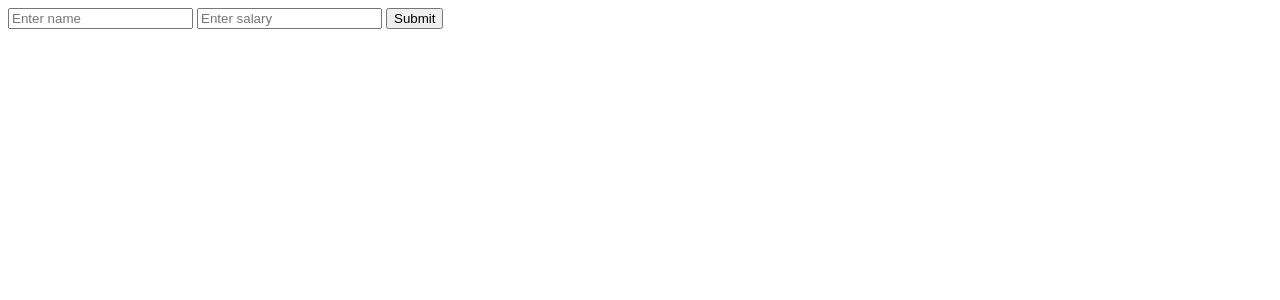
Repository: dhileepankruschev/spring-training
Page: http://localhost/Member/list.jsp
These files come from the project's save history. The page is drawn as it stood at one moment and after the next save; the edit follows.
The browser window is 1280 px wide. The pictures show the whole page.
The page is served by Tomcat 9. Nobody is signed in. The application's start-up code is not run.

Above is the page before, as saved 2016-06-27 05:44:24.

After the next save:
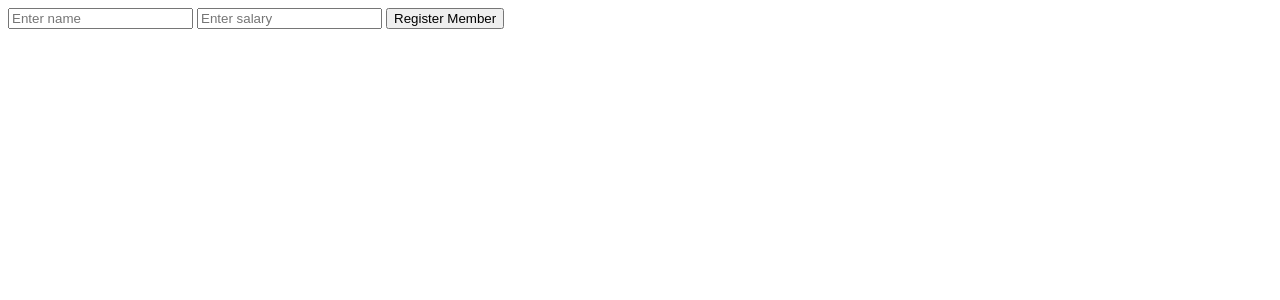
Saved 12 s later.
--- a/Member/src/main/webapp/list.jsp
+++ b/Member/src/main/webapp/list.jsp
@@ -12,7 +12,7 @@
 <form method="POST" action="member/add">
 <input type=text name="name" placeholder="Enter name"/>
 <input type=text name="salary" placeholder="Enter salary"/>
-<input type=submit name="Register Member"/>
+<input type=submit value="Register Member"/>
 </form>
 
 </body>
